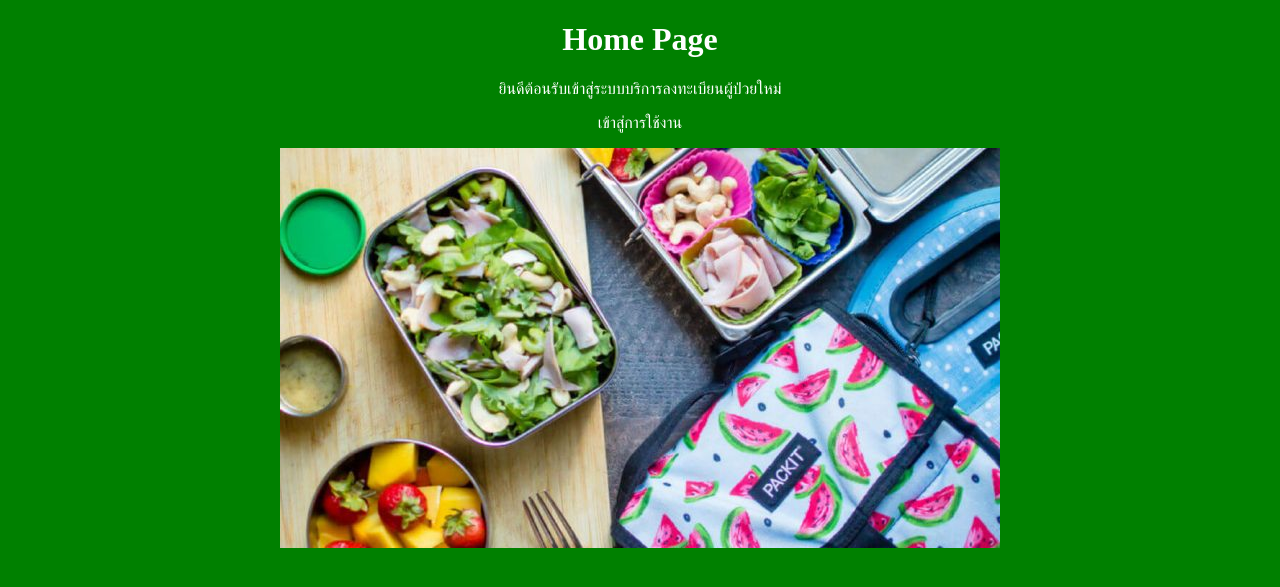
Repository: iamsamitdev/java_class_rd
Page: http://localhost/HelloJSP/
An editor plug-in stored every save of this project. The page is shown before and after the next save, followed by the edit.
The browser window is 1280 px wide. The pictures show the whole page.
The page is served by Tomcat 9.

Above is the page before, as saved 2020-03-11 08:22:40.

### JSP/HelloJSP/WebContent/index.jsp
<%@ page language="java" contentType="text/html; charset=UTF-8"
    pageEncoding="UTF-8"%>
<!DOCTYPE html>
<html>
<head>
<meta charset="UTF-8">
<title>Home</title>
<style type="text/css">
	body
	{
		background-color: green;
		color: white;
		text-align: center;
	}
</style>
</head>
<body>
	<h1>Home Page</h1>
	<p>ยินดีต้อนรับเข้าสู่ระบบบริการลงทะเบียนผู้ป่วยใหม่</p>
	<p>เข้าสู่การใช้งาน</p>
	<!-- ส่วนนี้คือการแทรกรูป  -->
	<img alt="" src="images/cleanfood.jpg">
</body>
</html>

After the next save:
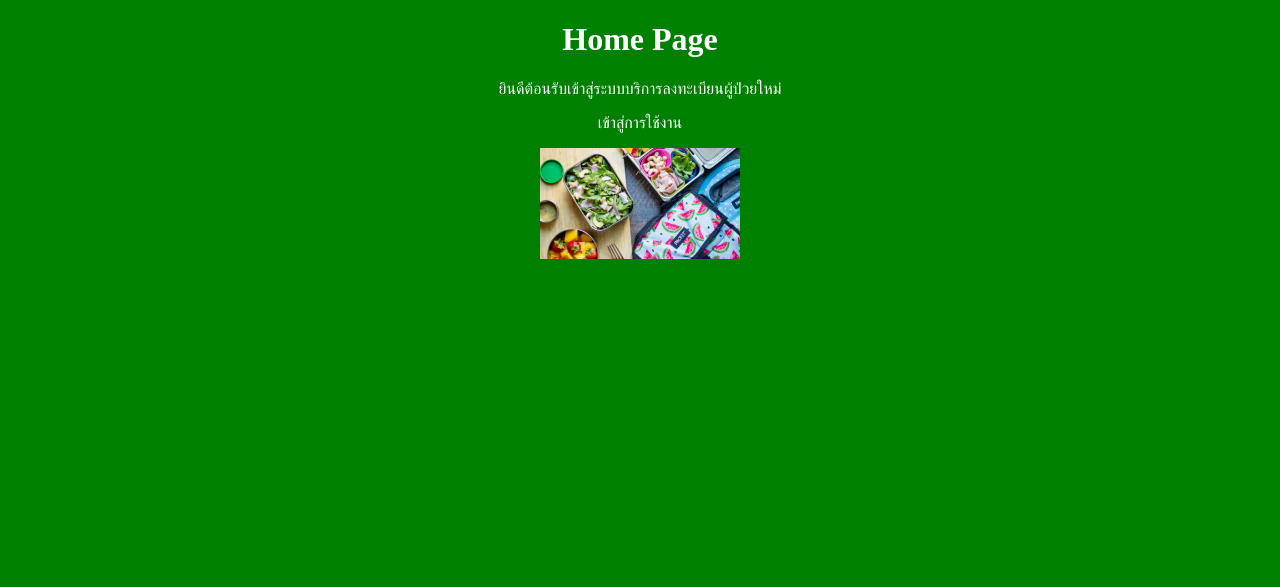
Saved 107 s later.
--- a/JSP/HelloJSP/WebContent/index.jsp
+++ b/JSP/HelloJSP/WebContent/index.jsp
@@ -19,6 +19,6 @@
 	<p>ยินดีต้อนรับเข้าสู่ระบบบริการลงทะเบียนผู้ป่วยใหม่</p>
 	<p>เข้าสู่การใช้งาน</p>
 	<!-- ส่วนนี้คือการแทรกรูป  -->
-	<img alt="" src="images/cleanfood.jpg">
+	<img alt="" src="images/cleanfood.jpg" width="200">
 </body>
 </html>
